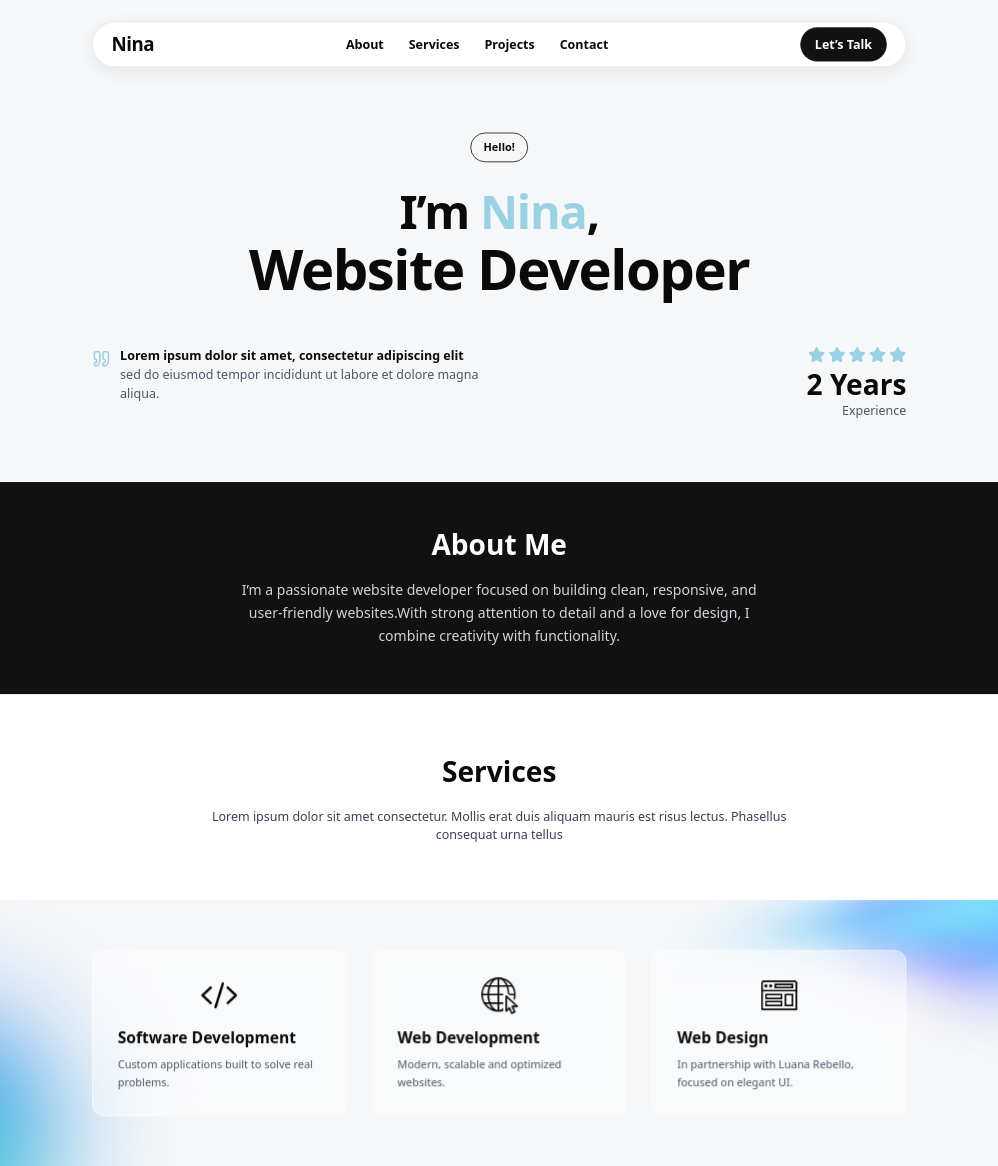
Repository: nina-rebello/portfolio
Page: /
These files come from the project's save history. The page is drawn as it stood at one moment and after the next save; the edit follows.
The browser window is 1280 px wide. The pictures show the whole page, at 78% of full size.
The project was rebuilt for these pictures with package versions that can differ from the ones it lists, and the page was loaded fresh each time. The framework's server and built-in components were replaced by stand-ins that run in the browser. Also part of the build but not shown: next.config.ts.

Above is the page before, as saved 2025-09-11 17:25:04.

After the next save:
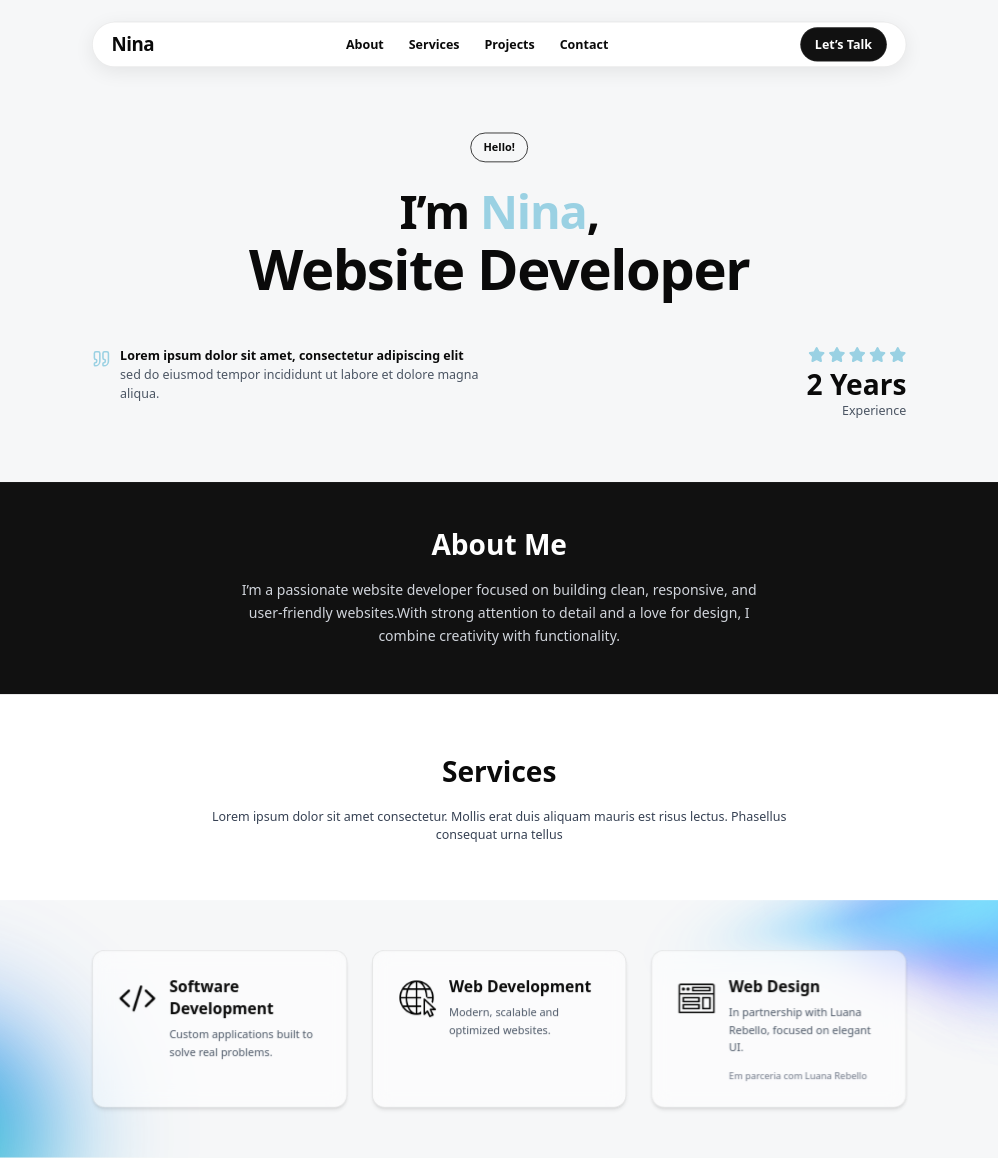
Saved 18 s later.
--- a/components/sections/Services.tsx
+++ b/components/sections/Services.tsx
@@ -54,27 +54,41 @@
       </div>
 
       {/* === grid de cards === */}
-      <div className="relative z-10 container-hero py-16">
-        <div className="grid gap-8 sm:grid-cols-2 lg:grid-cols-3">
-          {services.map((s) => (
-            <div
-              key={s.title}
-              className="rounded-2xl p-8 backdrop-blur-md hover:shadow-xl transition
-             bg-white/40 border border-white/70"
-              >
-              <Image
-                src={s.icon}
-                alt={s.title}
-                width={50}
-                height={50}
-                className="mx-auto mb-4"
-              />
-              <h3 className="font-bold text-xl mb-2">{s.title}</h3>
-              <p className="text-gray-600 text-sm leading-relaxed">{s.desc}</p>
-            </div>
-          ))}
+<div className="relative z-10 container-hero py-16">
+  <div className="grid gap-8 sm:grid-cols-2 lg:grid-cols-3">
+    {services.map((s) => (
+      <div
+        key={s.title}
+        className="flex items-start gap-4 rounded-2xl p-8
+                   bg-white/50 backdrop-blur-md
+                   border border-black/10 shadow-md
+                   hover:shadow-lg transition"
+      >
+        {/* ícone à esquerda */}
+        <Image
+          src={s.icon}
+          alt={s.title}
+          width={50}
+          height={50}
+          className="shrink-0 mt-1"
+        />
+
+        {/* textos à direita */}
+        <div>
+          <h3 className="font-semibold text-xl mb-2">{s.title}</h3>
+          <p className="text-gray-600 text-sm leading-relaxed">{s.desc}</p>
+
+          {s.title === "Web Design" && (
+            <p className="mt-4 text-xs text-gray-500">
+              Em parceria com Luana Rebello
+            </p>
+          )}
         </div>
       </div>
+    ))}
+  </div>
+</div>
+
     </section>
   );
 }

After the 3 saves that followed:
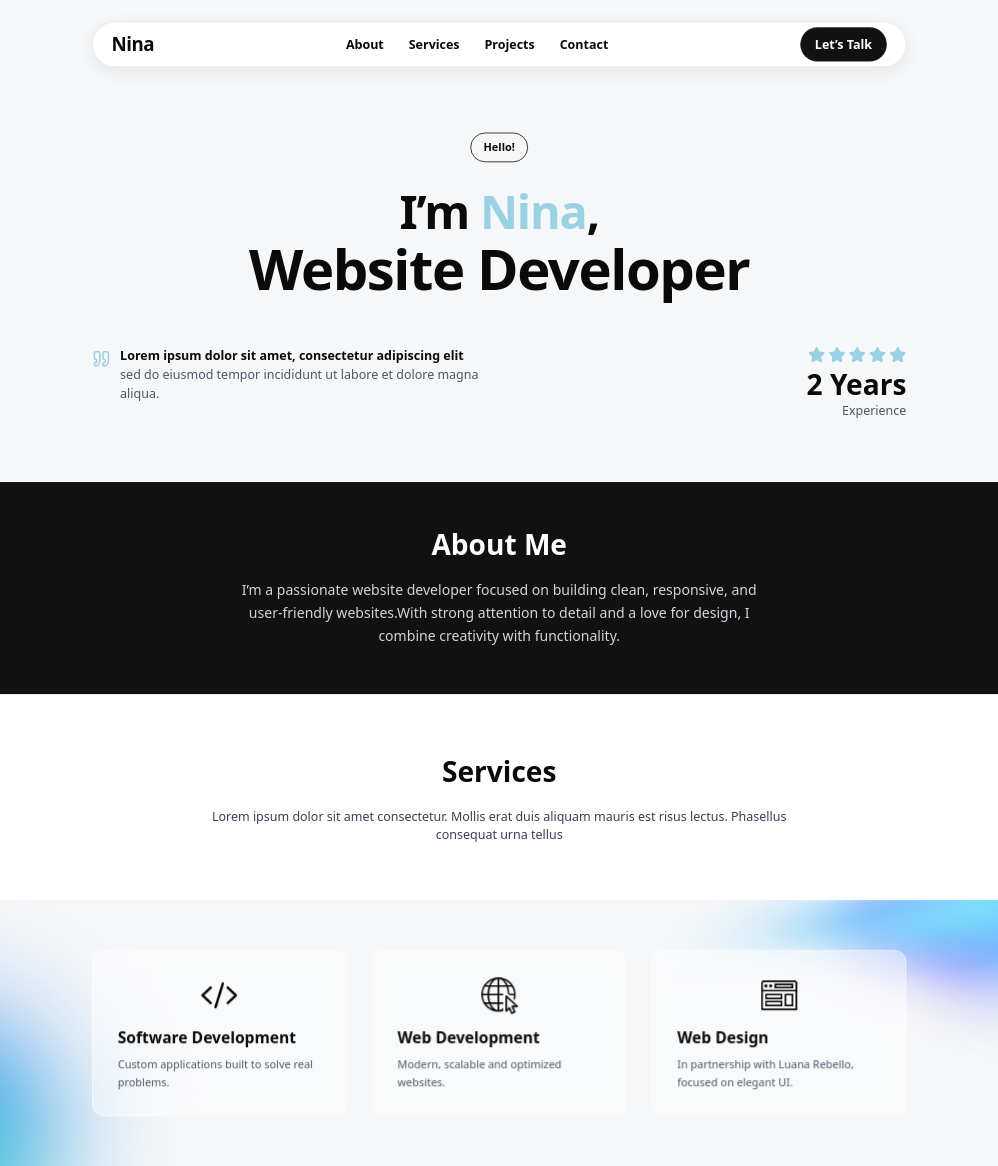
The 3 saves are shown as one change because 1 left the picture as it was and some came seconds apart.
The last was saved 16 s later.
--- a/components/sections/Services.tsx
+++ b/components/sections/Services.tsx
@@ -54,41 +54,27 @@
       </div>
 
       {/* === grid de cards === */}
-<div className="relative z-10 container-hero py-16">
-  <div className="grid gap-8 sm:grid-cols-2 lg:grid-cols-3">
-    {services.map((s) => (
-      <div
-        key={s.title}
-        className="flex items-start gap-4 rounded-2xl p-8
-                   bg-white/50 backdrop-blur-md
-                   border border-black/10 shadow-md
-                   hover:shadow-lg transition"
-      >
-        {/* ícone à esquerda */}
-        <Image
-          src={s.icon}
-          alt={s.title}
-          width={50}
-          height={50}
-          className="shrink-0 mt-1"
-        />
-
-        {/* textos à direita */}
-        <div>
-          <h3 className="font-semibold text-xl mb-2">{s.title}</h3>
-          <p className="text-gray-600 text-sm leading-relaxed">{s.desc}</p>
-
-          {s.title === "Web Design" && (
-            <p className="mt-4 text-xs text-gray-500">
-              Em parceria com Luana Rebello
-            </p>
-          )}
+      <div className="relative z-10 container-hero py-16">
+        <div className="grid gap-8 sm:grid-cols-2 lg:grid-cols-3">
+          {services.map((s) => (
+            <div
+              key={s.title}
+              className="rounded-2xl p-8 backdrop-blur-md hover:shadow-xl transition
+             bg-white/40 border border-white/70"
+              >
+              <Image
+                src={s.icon}
+                alt={s.title}
+                width={50}
+                height={50}
+                className="mx-auto mb-4"
+              />
+              <h3 className="font-bold text-xl mb-2">{s.title}</h3>
+              <p className="text-gray-600 text-sm leading-relaxed">{s.desc}</p>
+            </div>
+          ))}
         </div>
       </div>
-    ))}
-  </div>
-</div>
-
     </section>
   );
 }
